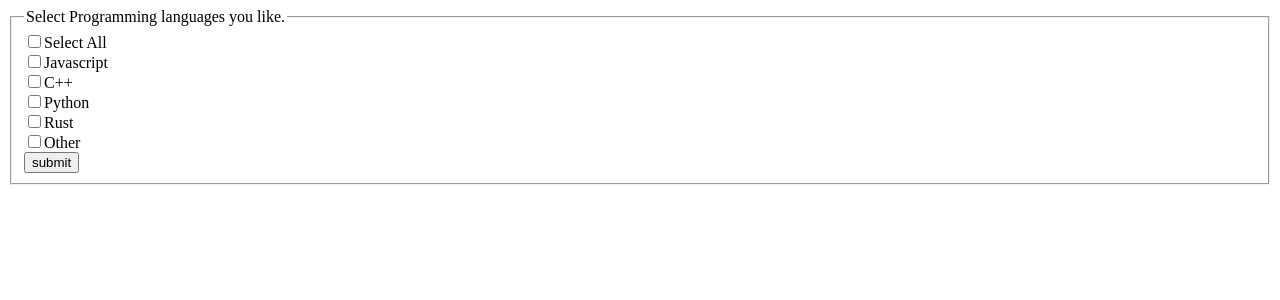
Repository: ishanbassi/iotasol-assignments
Page: /iotasol/work-5
An editor plug-in stored every save of this project. The page is shown before and after the next save, followed by the edit.
The browser window is 1280 px wide. The pictures show the whole page.
The project was rebuilt for these pictures with package versions that can differ from the ones it lists, and the page was loaded fresh each time. The framework's server and built-in components were replaced by stand-ins that run in the browser. Also part of the build but not shown: styles/global.css.

Above is the page before, as saved 2022-11-08 16:29:05.

### pages/_app.tsx
import "../styles/global.css"
export default function App({Component,ComponentProps}){
    return(
        <Component {...ComponentProps}/>
    )
}

### pages/iotasol/work-5.tsx

export default function App() {

    const selectAll = (e) => {

        const checkboxes = document.querySelectorAll('input[name="programming language"]') as any
        if(e.target.checked){
            checkboxes.forEach(elem => elem.checked = true)
            e.target.labels[0].innerText = 'Unselect All'
        }
        else{
            checkboxes.forEach(elem => elem.checked = false)
            e.target.labels[0].innerText = 'Select All'
        }
    }
    return (
        <>

            <form>
                <fieldset>
                    <legend>Select Programming languages you like.</legend>
                     <div>
                     <input type="checkbox" name="selectAll" value={'select all'} id="select all" onClick={e => selectAll(e)}/>
                        <label htmlFor="select all">
                            Select All
                        </label>

                     </div>
                    <div>
                        <label>

                        <input  type="checkbox" value="Javascript" name="programming language"/>
                        Javascript
                        </label>
                    </div>
                    <div>
                        <label>

                        <input type="checkbox" value="C++" name="programming language"/>
                        C++
                        </label>
                    </div>
                    <div>
                        <label>

                            <input type="checkbox" value="Python" name="programming language"/>
                            Python
                        </label>
                    </div>
                    <div>
                        <label>

                            <input type="checkbox" value="Rust" name="programming language"/>
                            Rust
                        </label>
                    </div>
                    <div>
                        <label>

                            <input type="checkbox" value="Other" name="programming language"/>
                            Other
                        </label>

                    </div>
                    <button type="submit" >submit</button>
                </fieldset>
            </form>

        </>

    )
}

After the next save:
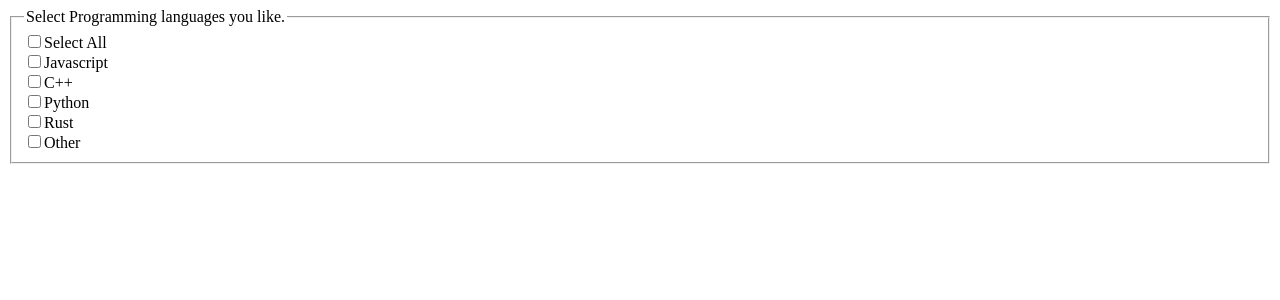
Saved 23 s later.
--- a/pages/iotasol/work-5.tsx
+++ b/pages/iotasol/work-5.tsx
@@ -62,7 +62,7 @@ export default function App() {
                         </label>
 
                     </div>
-                    <button type="submit" >submit</button>
+
                 </fieldset>
             </form>
 
